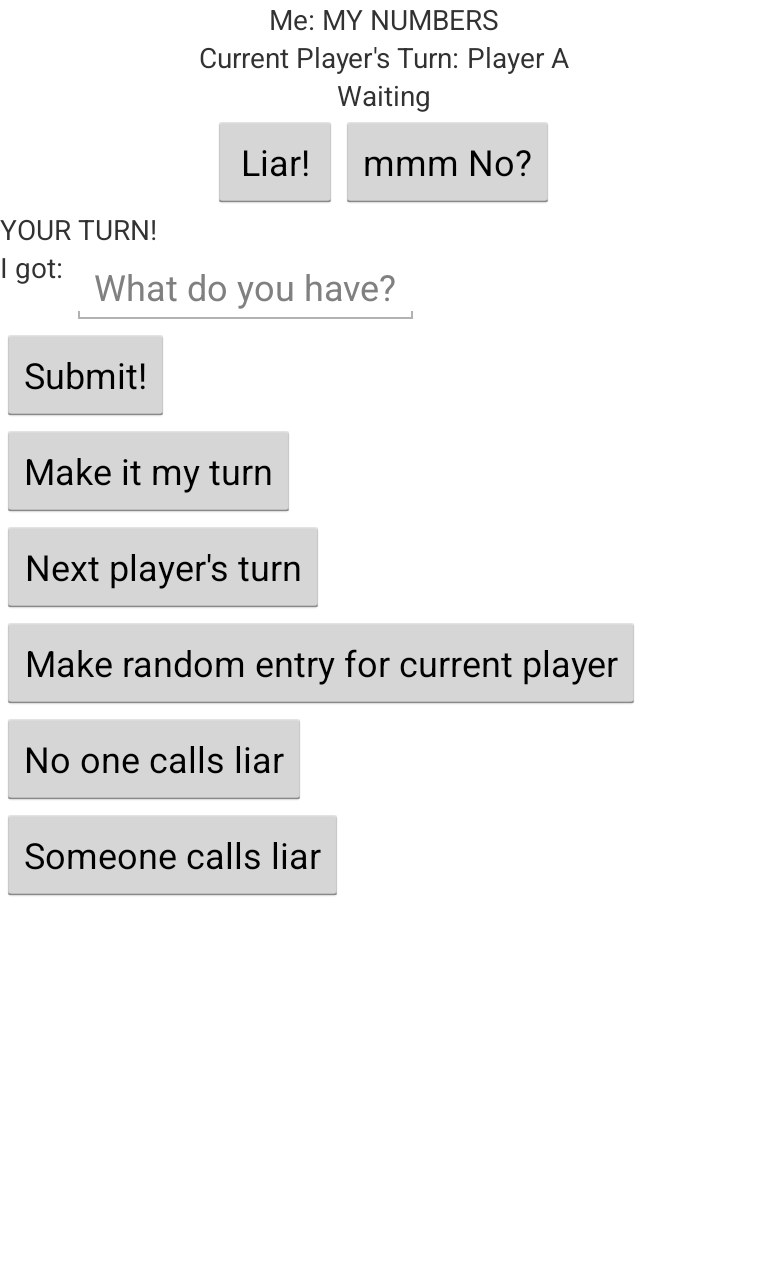
Repository: RayyLim/LiarPoker
Layout: LiarPoker/res/layout/gameroom_main.xml
These files come from the project's save history. The layout is drawn as it stood at one moment and after the next save; the edit follows.
It is drawn on a 768 x 1280 px phone screen (xhdpi) without system bars, with theme AppTheme; the app's code is not run.

Above is the layout before, as saved 2012-07-22 09:57:23.

### LiarPoker/res/layout/gameroom_main.xml
<?xml version="1.0" encoding="utf-8"?>
<LinearLayout xmlns:android="http://schemas.android.com/apk/res/android"
	android:layout_width="match_parent" android:layout_height="match_parent"
	android:orientation="vertical">

	<LinearLayout android:layout_width="wrap_content"
		android:layout_height="wrap_content"
		android:layout_gravity="center_horizontal">
		<TextView android:id="@+id/meLabel" android:layout_width="wrap_content"
			android:layout_height="wrap_content" android:text="Me: " />

		<TextView android:id="@+id/mynumbersLabel"
			android:layout_width="wrap_content" android:layout_height="wrap_content"
			android:text="MY NUMBERS" />
	</LinearLayout>

	<LinearLayout
	    android:id="@+id/notMyTurnLayout"
	    android:layout_width="wrap_content"
		android:layout_height="wrap_content"
		android:layout_gravity="center_horizontal"
		android:orientation="vertical"
	    >
	<LinearLayout android:layout_width="wrap_content"
		android:layout_height="wrap_content"
		android:layout_gravity="center_horizontal">
				<TextView
			android:layout_width="wrap_content" android:layout_height="wrap_content"
			android:text="Current Player's Turn: " />
		<TextView android:id="@+id/currentPlayerLabel"
			android:layout_width="wrap_content" android:layout_height="wrap_content"
			android:text="Player A" />



	</LinearLayout>
			<TextView android:id="@+id/currentPlayerHasLabel"
			android:layout_width="wrap_content" android:layout_height="wrap_content"
			android:text="Waiting"
			        android:layout_gravity="center_horizontal"
			        />



			<LinearLayout
			    android:layout_width="wrap_content"
			    android:layout_height="wrap_content"
			            android:layout_gravity="center_horizontal">
					<Button
			    android:id="@+id/liarButton"
			    android:layout_width="wrap_content"
			    android:layout_height="wrap_content"
			    android:text="Liar!"
			    />
								<Button
			    android:id="@+id/notLiarButton"
			    android:layout_width="wrap_content"
			    android:layout_height="wrap_content"
			    android:text="mmm No?" />
			</LinearLayout>
			</LinearLayout>

	<LinearLayout
	    android:id="@+id/myTurnLayout"
	    android:layout_width="wrap_content"
	    android:layout_height="wrap_content"
	    android:orientation="vertical" >
			<TextView
			android:layout_width="wrap_content" android:layout_height="wrap_content"
			android:text="YOUR TURN!" />
				<LinearLayout
	    android:layout_width="wrap_content"
	    android:layout_height="wrap_content"
	    android:orientation="horizontal" >
			<TextView
			android:layout_width="wrap_content" android:layout_height="wrap_content"
			android:text="I got: " />

			<EditText android:id="@+id/igot"
        android:layout_weight="1"
        android:layout_width="wrap_content"
        android:layout_height="wrap_content"
        android:layout_gravity="center_horizontal"
        android:hint="@string/igot_message" />
<!-- Make i got extend all the way. Also make it only take number inputs ... actually should be more restricted... 4 of 9 or something like that. Also need to make your turn stuff disappear when not my turn... -->
<!--  submit button should not be enabled.. until edit text is filled out... -->
	</LinearLayout>
				<Button
			    android:id="@+id/submitButton"
			    android:layout_width="wrap_content"
			    android:layout_height="wrap_content"
			    android:text="Submit!"
			    android:onClick="submit"/>
	</LinearLayout>

			<Button
			    android:id="@+id/testMyTurn"
			    android:layout_width="wrap_content"
			    android:layout_height="wrap_content"
			    android:text="Make it my turn"
			    android:onClick="fakeMyTurn"/>

			<Button
			    android:id="@+id/testNextPlayerTurn"
			    android:layout_width="wrap_content"
			    android:layout_height="wrap_content"
			    android:text="Next player's turn"
			    android:onClick="fakeNewCurrentPlayer"
			    />


						<Button
			    android:id="@+id/testRandomEntryForPlayer"
			    android:layout_width="wrap_content"
			    android:layout_height="wrap_content"
			    android:text="Make random entry for current player"
			    android:onClick="fakeRandomCurrentPlayerHas"/>

												<Button
			    android:id="@+id/fakeNoOneCallsLiar"
			    android:layout_width="wrap_content"
			    android:layout_height="wrap_content"
			    android:text="No one calls liar"
			    android:onClick="fakeNoOneCallsLiar"/>

																								<Button
			    android:id="@+id/fakeSomeoneCallsLiar"
			    android:layout_width="wrap_content"
			    android:layout_height="wrap_content"
			    android:text="Someone calls liar"
			    android:onClick="fakeSomeoneCallsLiar"/>

</LinearLayout>

### LiarPoker/res/values/strings.xml
<resources>

    <string name="app_name">LiarPoker</string>
    <string name="hello_world">Hello world!</string>
    <string name="menu_settings">Settings</string>
    <string name="title_activity_main">MainActivity</string>
    <string name="button_send">SEND!</string>
<string name="liarpokertitle">Liar Poker</string>
<string name="button_joingame">Join Game</string>
<string name="enteryourname_message">Enter Your Name</string>
<string name="waiting">Waiting</string>
<string name="igot_message">What do you have?</string>
</resources>

Loaded but not shown: LiarPoker/res/values-v11/styles.xml (common file); LiarPoker/res/values-v14/styles.xml (common file); LiarPoker/res/values/styles.xml (common file)

After the next save:
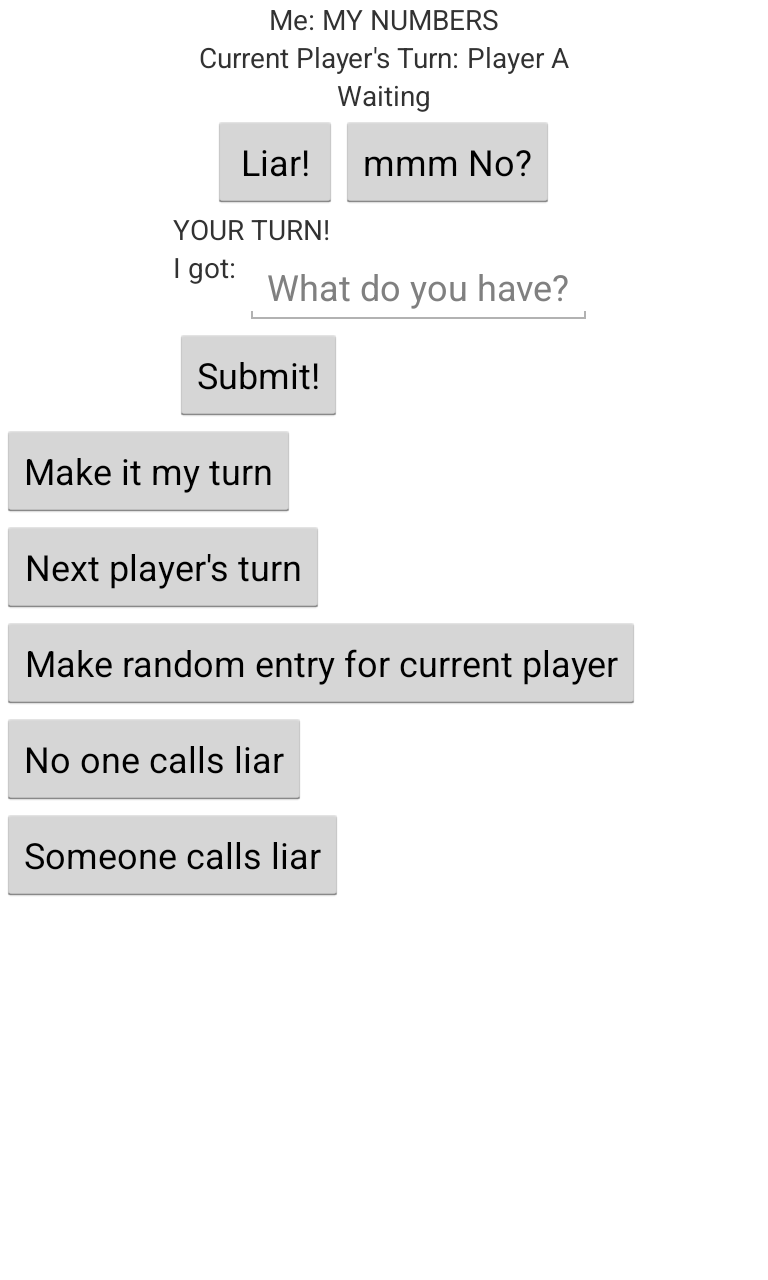
Saved 4 min 9 s later.
--- a/LiarPoker/res/layout/gameroom_main.xml
+++ b/LiarPoker/res/layout/gameroom_main.xml
@@ -62,6 +62,7 @@
 
 	<LinearLayout
 	    android:id="@+id/myTurnLayout"
+	    android:layout_gravity="center_horizontal"
 	    android:layout_width="wrap_content"
 	    android:layout_height="wrap_content"
 	    android:orientation="vertical" >
